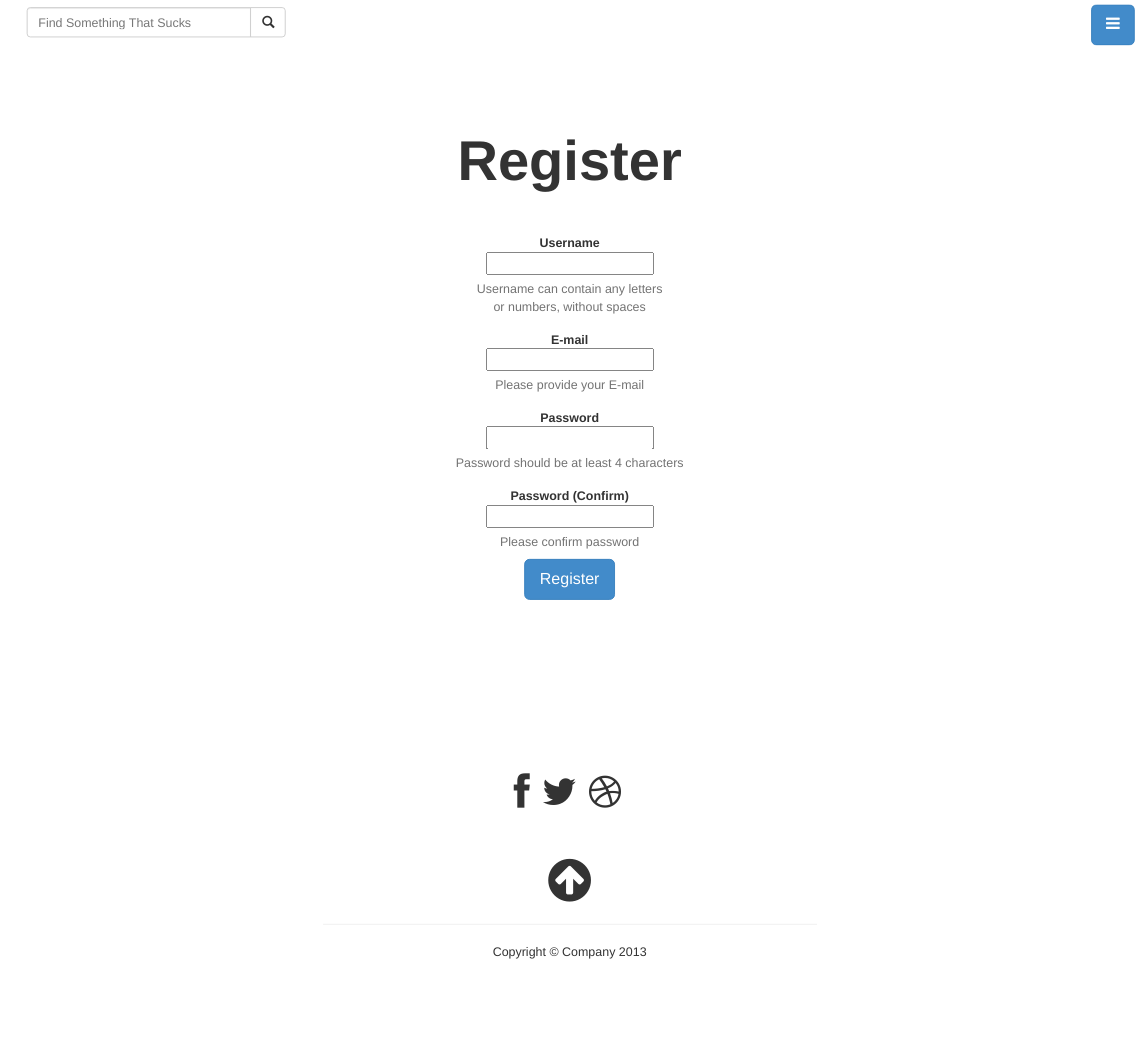
Repository: rajisreehari/sr
Page: http://localhost/SRWeb/WEB-INF/views/sr/register.jsp
An editor plug-in stored every save of this project. The page is shown before and after the next save, followed by the edit.
The browser window is 1280 px wide. The pictures show the whole page, at 89% of full size.
Backgrounds fixed to the window are drawn as part of the page. The page is served by Tomcat 9. Nobody is signed in. The template is opened directly, without the code that normally fills it, so the values that code supplies are empty.

Above is the page before, as saved 2014-07-16 00:42:01.

After the next save:
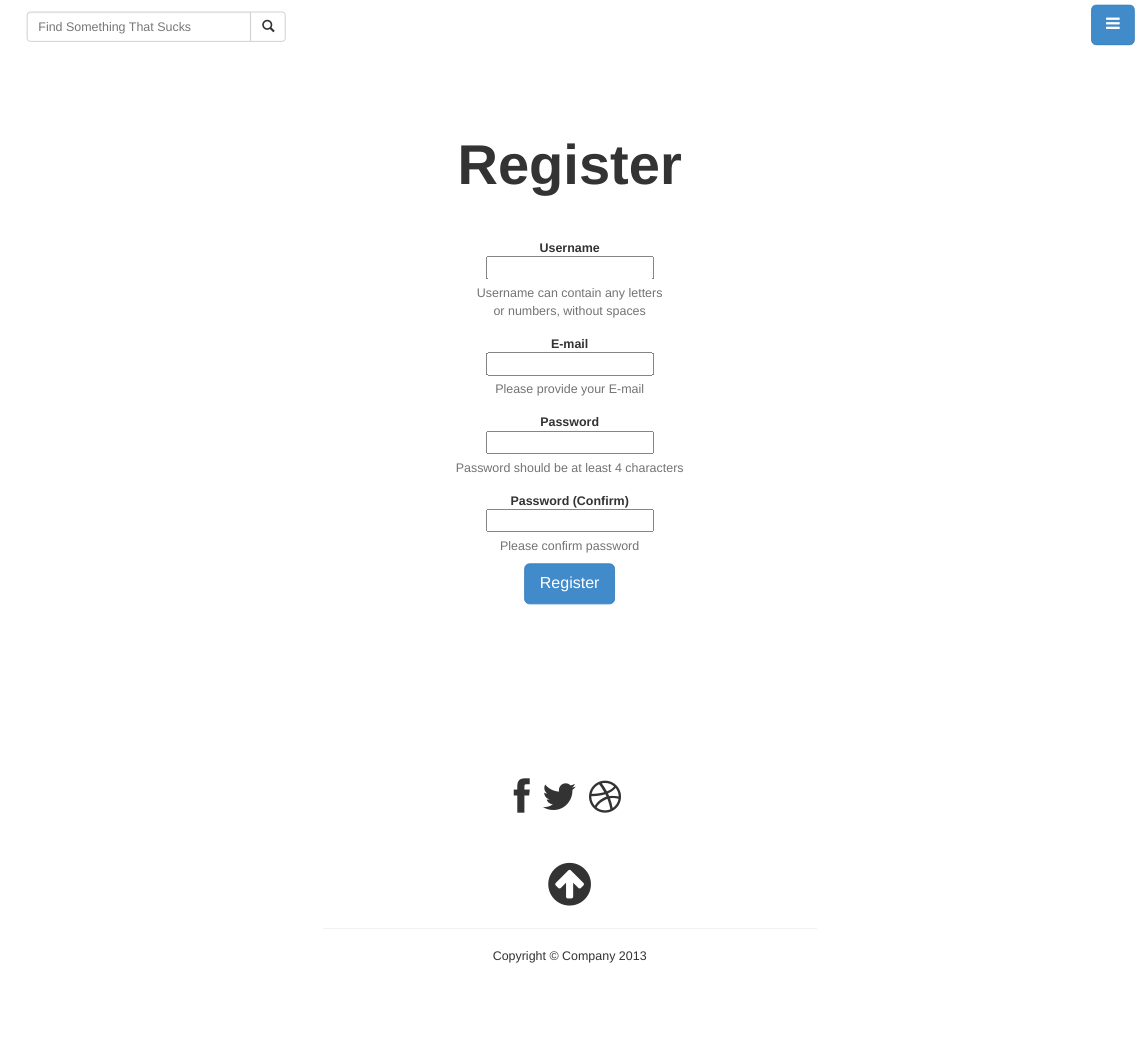
Saved 44 s later.
--- a/SRWeb/WebContent/WEB-INF/views/common/sidemenu.jsp
+++ b/SRWeb/WebContent/WEB-INF/views/common/sidemenu.jsp
@@ -21,7 +21,7 @@
             <li><a href="#contact">Contact</a></li>
         </ul>
     </div>
-    <div class="col-sm-3 col-md-3 pull-left">
+    <div class="col-sm-3 col-md-3 pull-left toggle">
             <form class="navbar-form" role="search">
                 <div id="myCoolDiv" class="input-group">
                     <input type="text" class="form-control" placeholder="Find Something That Sucks" name="q">

After the save that followed:
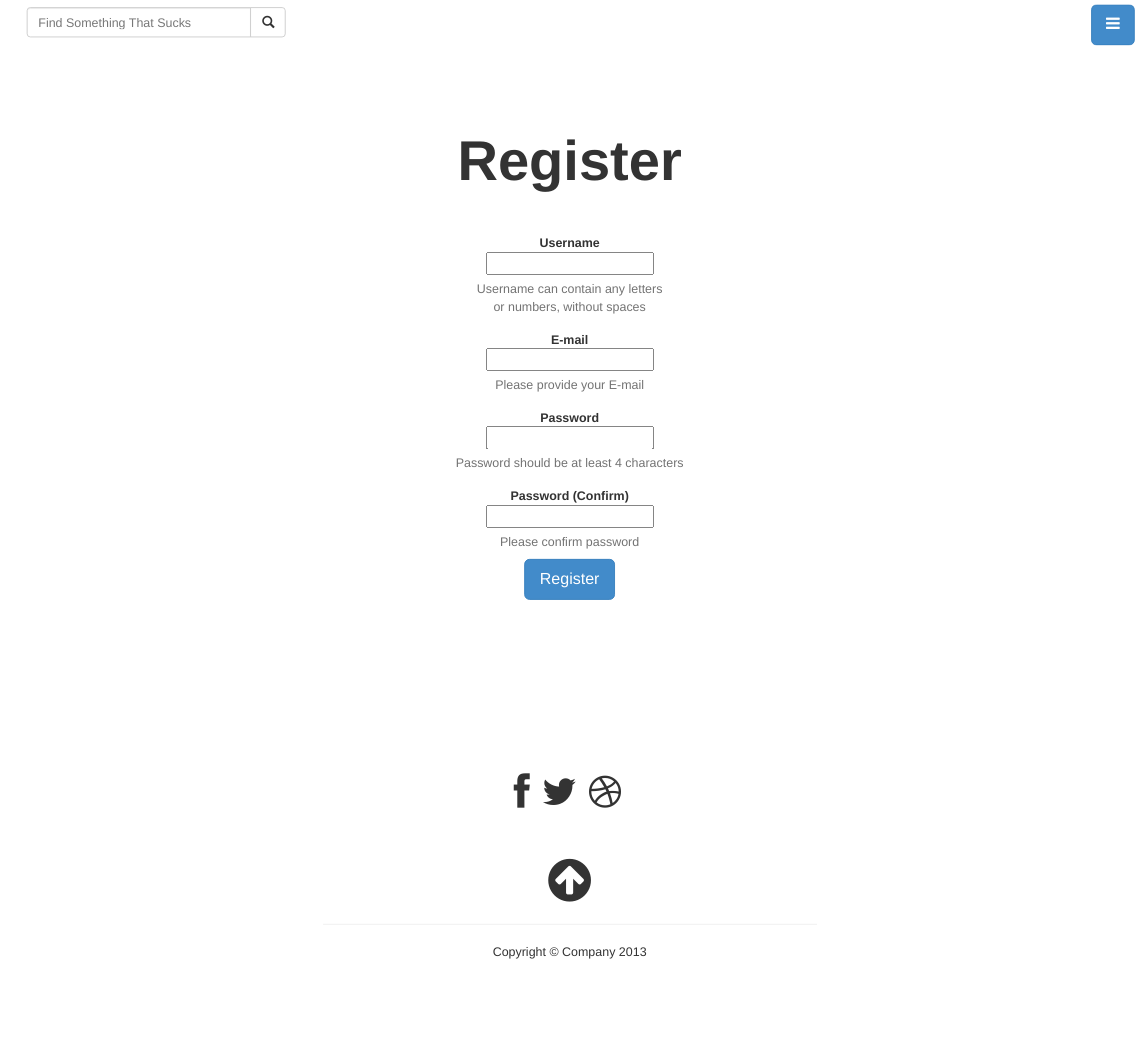
Saved 14 s later.
--- a/SRWeb/WebContent/WEB-INF/views/common/sidemenu.jsp
+++ b/SRWeb/WebContent/WEB-INF/views/common/sidemenu.jsp
@@ -21,7 +21,7 @@
             <li><a href="#contact">Contact</a></li>
         </ul>
     </div>
-    <div class="col-sm-3 col-md-3 pull-left toggle">
+    <div class="col-sm-3 col-md-3 pull-left">
             <form class="navbar-form" role="search">
                 <div id="myCoolDiv" class="input-group">
                     <input type="text" class="form-control" placeholder="Find Something That Sucks" name="q">
